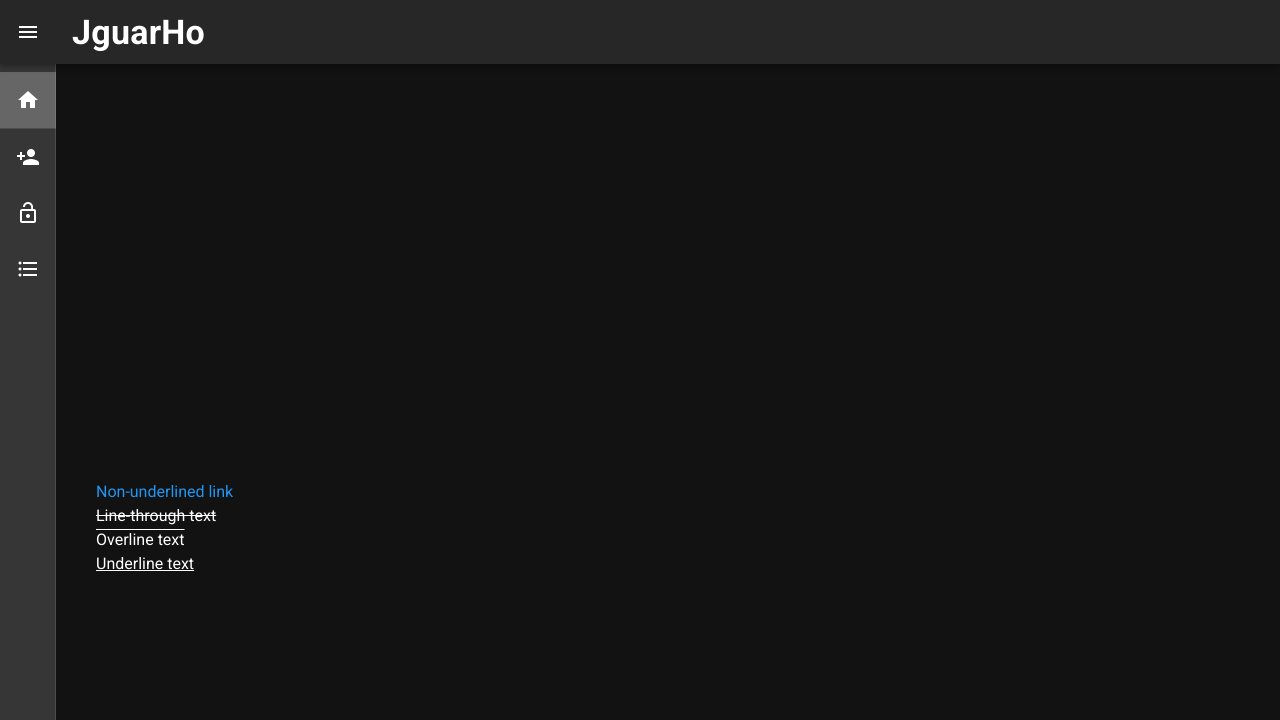
Repository: agent501/MRMS
Page: /
These files come from the project's save history. The page is drawn as it stood at one moment and after the next save; the edit follows.
The browser window is 1280 px wide. The pictures show the whole page.
The page's requests for data from a server got no answer. The project was rebuilt for these pictures with package versions that can differ from the ones it lists, and the page was loaded fresh each time. No one was signed in, and anything a server would have sent is missing. Also part of the build but not shown: vue.config.js, src/components/Product/products.vue, src/components/Product/product.vue, src/components/Product/createproduct.vue, src/components/User/signin.vue, src/components/User/signup.vue, src/components/User/profile.vue, src/components/Shared/Alert.vue and 2 more. Imported but missing from the stored project, and not drawn on this page: src/router/auth-guard.js.

Above is the page before, as saved 2020-07-29 16:25:39.

### src/main.js
import Vue from 'vue';
import App from './App.vue';
import router from './router';
import { store } from './store';
import alert from './components/Shared/Alert.vue';
import vuetify from './plugins/vuetify';
import { fb } from './components/firebase/firebase.js';
import * as firebase from 'firebase';
import editproductdiaglog from './components/Product/Edit/editproductdialog.vue';
import editprogressbar from './components/Product/Edit/editprogressbar.vue';

Vue.component('app-alert', alert);
Vue.component('app-edit-product', editproductdiaglog);
Vue.component('app-edit-progress', editprogressbar);

Vue.config.productionTip = false;

new Vue({
  router,
  store,
  vuetify,
  render: (h) => h(App),
  created() {
    fb;
    firebase.auth().onAuthStateChanged((user) => {
      if (user) {
        this.$store.dispatch('autosignin', user);
      }
    });
    this.$store.dispatch('loadProducts');
  },
}).$mount('#app');

### src/App.vue
<template>
  <v-app>
    <v-navigation-drawer v-model="drawer" :mini-variant.sync="mini" app clipped dense permanent>
      <v-list>
        <v-list-item to="/">
          <v-list-item-icon>
            <v-icon medium>home</v-icon>
          </v-list-item-icon>

          <v-list-item-content>
            <v-list-item-title>Home</v-list-item-title>
          </v-list-item-content>
        </v-list-item>

        <v-divider></v-divider>
        <v-list-item v-for="item in menuItems" :key="item.title" router :to="item.link">
          <v-list-item-icon>
            <v-icon medium>{{ item.icon }}</v-icon>
          </v-list-item-icon>

          <v-list-item-content>
            <v-list-item-title>{{ item.text }}</v-list-item-title>
          </v-list-item-content>
        </v-list-item>
        <v-list-item v-if="userIsAuthenticated || adminIsAuthenticated" @click="onLogout">
          <v-list-item-icon>
            <v-icon>exit_to_app</v-icon>
          </v-list-item-icon>
          <v-list-item-content>Logout</v-list-item-content>
        </v-list-item>
      </v-list>
    </v-navigation-drawer>

    <v-app-bar app clipped-left>
      <v-app-bar-nav-icon @click.stop="mini=!mini"></v-app-bar-nav-icon>
      <v-toolbar-title class="font-weight-bold display-1">
        <router-link to="/" tag="span" style="cursor:pointer">JguarHo</router-link>
      </v-toolbar-title>
    </v-app-bar>

    <!-- Page Content -->
    <v-content>
      <router-view></router-view>
    </v-content>

    <!-- <v-footer>
      <span>JguarHo &copy; Copyright Reserved</span>
    </v-footer>-->
  </v-app>
</template>

<script>
// import HelloWorld from './components/HelloWorld';

export default {
  name: 'App',

  components: {
    // HelloWorld,
  },
  props: {
    source: String
  },
  data: () => ({
    mini: true,
    drawer: true
    // items: [
    //   { icon: 'lock_open', text: 'Sign In', link: '/signin' },
    //   { icon: 'home', text: 'Home', link: '/' },
    //   { icon: 'list', text: 'All Products', link: '/products' },
    //   { icon: 'help_outline', text: 'About Us', link: '' }
    // ]
  }),
  computed: {
    menuItems() {
      let items = [
        { icon: 'person_add', text: 'Sign Up', link: '/signup' },
        { icon: 'lock_open', text: 'Sign In', link: '/signin' },

        {
          icon: 'format_list_bulleted',
          text: 'All Products',
          link: '/products'
        }
        // { icon: 'person', text: 'About Us', link: '' }
      ];
      if (this.adminIsAuthenticated) {
        items = [
          {
            icon: 'create_new_folder',
            text: 'Create Product',
            link: '/createproduct'
          },
          {
            icon: 'format_list_bulleted',
            text: 'All Products',
            link: '/products'
          },
          {
            icon: 'person',
            text: 'Profile',
            link: '/profile/' + this.adminIsAuthenticated.id
          }
        ];
      } else if (this.userIsAuthenticated) {
        items = [
          {
            icon: 'format_list_bulleted',
            text: 'All Products',
            link: '/products'
          },
          {
            icon: 'person',
            text: 'Profile',
            link: '/profile/' + this.userIsAuthenticated.id
          }
        ];
      }
      return items;
    },
    adminIsAuthenticated() {
      return (
        this.$store.getters.user !== null &&
        this.$store.getters.user !== undefined &&
        this.$store.getters.user.id === 'ktQMfIIbLQRTlySJDVzU9JbCF293' &&
        this.$store.getters.user
      );
    },
    userIsAuthenticated() {
      return (
        this.$store.getters.user !== null &&
        this.$store.getters.user !== undefined &&
        this.$store.getters.user
      );
    }
  },
  created() {
    this.$vuetify.theme.dark = true;
  },
  methods: {
    onLogout() {
      this.$store.dispatch('logout');
      this.$router.push('/');
    }
  }
};
</script>

### src/router/index.js
import Vue from 'vue';
import VueRouter from 'vue-router';
import home from '../components/Home.vue';
import products from '../components/Product/products.vue';
import product from '../components/Product/product.vue';
import createproduct from '../components/Product/createproduct.vue';
import signin from '../components/User/signin.vue';
import signup from '../components/User/signup.vue';
import profile from '../components/User/profile.vue';
import AuthGuard from '../router/auth-guard.js';

Vue.use(VueRouter);

export default new VueRouter({
  mode: 'history',
  routes: [
    { path: '/', name: 'home', component: home },
    { path: '/products', name: 'products', component: products },
    {
      path: '/createproduct',
      name: 'createproduct',
      component: createproduct,
      beforeEnter: AuthGuard,
    },
    { path: '/signin', name: 'signin', component: signin },
    { path: '/signup', name: 'signup', component: signup },
    {
      path: '/profile/:id',
      name: 'profile',
      component: profile,
      beforeEnter: AuthGuard,
    },
    {
      path: '/products/:id',
      name: 'product',
      props: true,
      component: product,
    },
  ],
});

### src/store/index.js
import Vue from 'vue';
import Vuex from 'vuex';

import product from './product';
import user from './user';
import shared from './shared';

Vue.use(Vuex);

export const store = new Vuex.Store({
  modules: {
    product: product,
    user: user,
    shared: shared,
  },
});

### src/plugins/vuetify.js
import Vue from 'vue';
import Vuetify from 'vuetify/lib';
import '@mdi/font/css/materialdesignicons.css'; //
import 'material-design-icons-iconfont/dist/material-design-icons.css';

Vue.use(Vuetify);

export default new Vuetify({
  icons: {
    iconfont: 'mdi',
  },
});

### src/components/firebase/firebase.js
import firebase from 'firebase/app';
import 'firebase/firestore';
import 'firebase/storage';

var firebaseConfig = {
  apiKey: 'AIzaSyBJdvJyA-ac-dO3JYy-4WKY7wIkma-Y1fI',
  authDomain: 'mrms-2ae69.firebaseapp.com',
  databaseURL: 'https://mrms-2ae69.firebaseio.com',
  projectId: 'mrms-2ae69',
  storageBucket: 'mrms-2ae69.appspot.com',
  messagingSenderId: '287673096935',
  appId: '1:287673096935:web:7f7f75dea0b5657353e042',
  measurementId: 'G-EKPLN37GXX',
};

export const fb = firebase.initializeApp(firebaseConfig);

### src/components/Home.vue
<template>
  <div class="mx-10" style="max-width:1800px">
    <v-layout>
      <v-flex xs12 class="text-xs-center" v-if="!loading">
        <v-progress-circular
          indeterminate
          class="primary--text"
          :width="7"
          :size="70"
          v-if="loading"
        ></v-progress-circular>
      </v-flex>
    </v-layout>

    <v-carousel
      cycle
      class="mt-4"
      height="400"
      hide-delimiters
      show-arrows-on-hover
      width="100%"
      style="cursor:pointer"
    >
      <v-carousel-item
        v-for="product in products"
        :key="product.id"
        @click="onLoadProduct(product.id)"
      >
        <div class="text-right">
          <span class="title">{{ product.name }}</span>
        </div>
        <img :src="product.featureimage" style="height: 100%; width: 100%; object-fit: contain" />
      </v-carousel-item>
    </v-carousel>

    <div>
      <a href="#" class="text-decoration-none">Non-underlined link</a>

      <div class="text-decoration-line-through">Line-through text</div>

      <div class="text-decoration-overline">Overline text</div>

      <div class="text-decoration-underline">Underline text</div>
    </div>
  </div>
</template>

<script>
export default {
  // data: () => ({
  //   images: [
  //     {
  //       src: 'https://cdn.vuetifyjs.com/images/carousel/squirrel.jpg',
  //       title: 'image1asdasdasdsadasdasdsadasdasd',
  //       id: 'asdad123'
  //     },
  //     {
  //       src: 'https://cdn.vuetifyjs.com/images/carousel/sky.jpg',
  //       title: 'image2',
  //       id: 'asdasd1223'
  //     },
  //     {
  //       src: 'https://cdn.vuetifyjs.com/images/carousel/bird.jpg',
  //       title: 'image3',
  //       id: 'asdad13223'
  //     },
  //     {
  //       src: 'https://cdn.vuetifyjs.com/images/carousel/planet.jpg',
  //       title: 'image4',
  //       id: 'asdaasd1123'
  //     }
  //   ]
  // }),
  computed: {
    products() {
      return this.$store.getters.featuredProducts;
    },
    loading() {
      return this.$store.getters.loading;
    },
  },
  methods: {
    onLoadProduct(id) {
      this.$router.push('/products/' + id);
    },
  },
};
</script>

<style scoped>
.title {
  background-color: rgba(235, 235, 235, 0.897);
  color: black;

  padding: 10px 30px;
}
</style>

### src/store/product/index.js
import * as firebase from 'firebase';

export default {
  state: {
    loadedProducts: [],
  },
  mutations: {
    createProduct(state, payload) {
      state.loadedProducts.push(payload);
    },
    setLoadedProducts(state, payload) {
      state.loadedProducts = payload;
    },
    updateProduct(state, payload) {
      const product = state.loadedProducts.find((product) => {
        return product.id === payload.id;
      });
      if (payload.name) {
        product.name = payload.name;
      }
      if (payload.description) {
        product.description = payload.description;
      }
      if (payload.earningperunit) {
        product.earningperunit = payload.earningperunit;
      }
      if (payload.investmentperunit) {
        product.investmentperunit = payload.investmentperunit;
      }
    },
    updateProgress(state, payload) {
      const product = state.loadedProducts.find((product) => {
        return product.id === payload.id;
      });
      if (payload.productprogressbar) {
        product.productprogressbar = payload.productprogressbar;
      }
    },
    deleteProduct(state, payload) {
      const registeredProducts = state.loadedProducts;
      registeredProducts.splice(
        registeredProducts.findIndex((product) => product.id === payload),
        1
      );
      // Reflect.deleteProperty(state.user.fbKeys,payload)
    },
  },
  actions: {
    loadProducts({ commit }) {
      commit('setLoading', true);
      firebase
        .database()
        .ref('products')
        .once('value')
        .then((data) => {
          const products = [];
          const obj = data.val();
          for (let key in obj) {
            products.push({
              id: key,
              name: obj[key].name,
              description: obj[key].description,
              investmentperunit: obj[key].investmentperunit,
              earningperunit: obj[key].earningperunit,
              creatorId: obj[key].creatorId,
              productimage: obj[key].productimage,
              productprogressbar: obj[key].productprogressbar,
              featureimage: obj[key].productimage[0],
            });
          }
          commit('setLoadedProducts', products);
          commit('setLoading', false);
        })
        .catch((error) => {
          console.log(error);
          commit('setLoading', true);
        });
    },
    deleteProduct({ commit }, payload) {
      const productId = payload;
      console.log(productId);
      firebase
        .database()
        .ref('products')
        .child(productId)
        .remove()
        .then(function () {
          // File deleted successfully

          console.log('success');
        })
        .catch(function (error) {
          // Uh-oh, an error occurred!
          console.log(error);
        });
      commit('deleteProduct', payload);
    },
    createProduct({ commit, getters }, payload) {
      const product = {
        name: payload.name,
        description: payload.description,
        investmentperunit: payload.investmentperunit,
        earningperunit: payload.earningperunit,
        productimage: payload.productimage,
        productprogressbar: payload.productprogressbar,
        creatorId: getters.user.id,
      };
      let key;
      firebase
        .database()
        .ref('products')
        .push(product)
        .then((data) => {
          //specific product id
          key = data.key;
          commit('createProduct', { ...product, id: key });
          // return key
        });
    },
    updateproductdata({ commit }, payload) {
      commit('loading', true);
      const updateObj = {};
      if (payload.name) {
        updateObj.name = payload.name;
      }
      if (payload.desscription) {
        updateObj.description = payload.desscription;
      }
      if (payload.earningperunit) {
        updateObj.earningperunit = payload.earningperunit;
      }
      if (payload.investmentperunit) {
        updateObj.investmentperunit = payload.investmentperunit;
      }
      firebase
        .database()
        .ref('products')
        .child(payload.id)
        .update(updateObj)
        .then(() => {
          commit('setLoading', false);
          commit('updateProduct', payload);
        })
        .catch((error) => {
          console.log(error);
          commit('setLoading', false);
        });
    },
    updateprogressdata({ commit }, payload) {
      commit('loading', true);
      const updateObj = {};
      if (payload.productprogressbar) {
        updateObj.productprogressbar = payload.productprogressbar;
      }

      firebase
        .database()
        .ref('products')
        .child(payload.id)
        .update(updateObj)
        .then(() => {
          commit('setLoading', false);
          commit('updateProgress', payload);
        })
        .catch((error) => {
          console.log(error);
          commit('setLoading', false);
        });
    },
  },
  getters: {
    loadedProducts(state) {
      return state.loadedProducts.sort((productA, productB) => {
        return productA.date > productB.date;
      });
    },
    featuredProducts(state, getters) {
      return getters.loadedProducts.slice(0, 5);
    },
    loadedProduct(state) {
      return (productId) => {
        return state.loadedProducts.find((product) => {
          return product.id === productId;
        });
      };
    },
  },
  modules: {},
};

### src/store/user/index.js
import * as firebase from 'firebase';

export default {
  state: {
    user: null,
    profile: [],
  },
  mutations: {
    setUser(state, payload) {
      state.user = payload;
    },
    setLoadedProfile(state, payload) {
      state.profile = payload;
    },
    updateProfile(state, payload) {
      const profile = state.profile;

      if (payload.name) {
        profile.name = payload.name;
      }
      if (payload.email) {
        profile.email = payload.email;
      }
      if (payload.icnumber) {
        profile.icnumber = payload.icnumber;
      }
      if (payload.phonenumber) {
        profile.phonenumber = payload.phonenumber;
      }
      if (payload.ssmimage) {
        profile.ssmimage = payload.ssmimage;
      }
    },
  },
  actions: {
    signUp({ commit }, payload) {
      // perform the mutation set loading because no matter user success sign up or not it will always display loading
      commit('setLoading', true);
      commit('clearError');
      firebase
        .auth()
        // passing the email and password fetch from the signup page and send to the firebasenpm
        .createUserWithEmailAndPassword(payload.email, payload.password)
        //if success, get the unique id from the firebase and set it on the format that is same as state
        .then((response) => {
          // set loading in the state back to false because is already succeed
          commit('setLoading', false);

          const newUser = {
            userid: response.user.uid,
            registeredProducts: [],
            fbKeys: {},
            email: payload.email,
            phonenumber: payload.phonenumber,
            icnumber: payload.icnumber,
            name: payload.name,
            ssmimage: payload.image,
          };
          let key;
          firebase
            .database()
            .ref('profiles')
            .push(newUser)
            .then((data) => {
              //specific product id
              key = data.userid;
              commit('createProfile', { ...newUser, id: key });
              // return key
            });

          commit('setUser', newUser);
        })
        // if got error
        .catch((error) => {
          // set loading in the state back to false because there's a error occur
          commit('setLoading', false);
          // perform the mutation of setError to display the error
          commit('setError', error);
          console.log(error);
        });
    },
    logIn({ commit }, payload) {
      // perform the mutation set loading because no matter user success sign in or not it will always display loading
      commit('setLoading', true);
      commit('clearError');
      firebase
        .auth()
        // sending the user email and password to the firebase for matchmaking in order to login
        .signInWithEmailAndPassword(payload.email, payload.password)
        .then((response) => {
          // set loading in the state back to false because is already succeed
          commit('setLoading', false);

          const newUser = {
            id: response.user.uid,
            registeredProducts: [],
            fbKeys: {},
          };

          firebase
            .database()
            .ref('profiles')
            .orderByChild('userid')
            .equalTo(newUser.id)
            .once('value')
            .then((data) => {
              const profile = [];
              const obj = data.val();
              for (let key in obj) {
                profile.push({
                  id: key,
                  name: obj[key].name,
                  email: obj[key].email,
                  icnumber: obj[key].icnumber,
                  phonenumber: obj[key].phonenumber,
                  userid: obj[key].userid,
                  ssmimage: obj[key].ssmimage,
                });
              }
              console.log(profile);
              commit('setLoadedProfile', profile);

              commit('setLoading', false);
            })
            .catch((error) => {
              console.log(error);
              commit('setLoading', true);
            });

          commit('setUser', newUser);
        }) // if got error
        .catch((error) => {
          // set loading in the state back to false because there's a error occur
          commit('setLoading', false);
          // perform the mutation of setError to display the error
          commit('setError', error);
          console.log(error);
        });
    },
    autosignin({ commit }, payload) {
      commit('setUser', { id: payload.uid, registeredProducts: [] });
    },
    logout({ commit }) {
      firebase.auth().signOut();
      commit('setUser', null);
    },
    updatePassword(payload) {
      var user = firebase.auth().currentUser;
      var updatepassword = payload.newpassword;
      var credential = firebase.auth.EmailAuthProvider.credential(
        payload.email,
        payload.currentpassword
      );

      user
        .reauthenticate(credential)
        .then(() => {
          user
            .updatePassword(updatepassword)
            .then(() => {
              this.dialog = true;
              console.log('update complete');
              if (this.dialog === false) {
                this.$router.push('/');
              }
            })
            .catch((error) => {
              console.log(error);
            });
        })
        .catch((error) => {
          console.log(error);
        });
    },
    updateProfileData({ commit }, payload) {
      commit('loading', true);
      const updateObj = {};
      if (payload.name) {
        updateObj.name = payload.name;
      }
      if (payload.email) {
        updateObj.email = payload.email;
      }
      if (payload.icnumber) {
        updateObj.icnumber = payload.icnumber;
      }
      if (payload.phonenumber) {
        updateObj.phonenumber = payload.phonenumber;
      }
      if (payload.ssmimage) {
        updateObj.ssmimage = payload.ssmimage;
      }
      firebase
        .database()
        .ref('profiles')
        .child(payload.id)
        .update(updateObj)
        .then(() => {
          commit('setLoading', false);
          commit('updateProfile', payload);
        })
        .catch((error) => {
          console.log(error);
          commit('setLoading', false);
        });
    },
  },
  getters: {
    user(state) {
      return state.user;
    },
  },
};

### src/store/shared/index.js
export default {
  state: {
    loading: false,
    error: null,
  },
  mutations: {
    setLoading(state, payload) {
      state.loading = payload;
    },
    // change the of status error in state
    setError(state, payload) {
      state.error = payload;
    },
    // change the status of error back to null
    clearError(state) {
      state.error = null;
    },
  },
  actions: {
    clearError({ commit }) {
      commit('clearError');
    },
  },
  getters: {
    error(state) {
      return state.error;
    },
    loading(state) {
      return state.loading;
    },
  },
};

Loaded but not shown: public/index.html (common file)

After the next save:
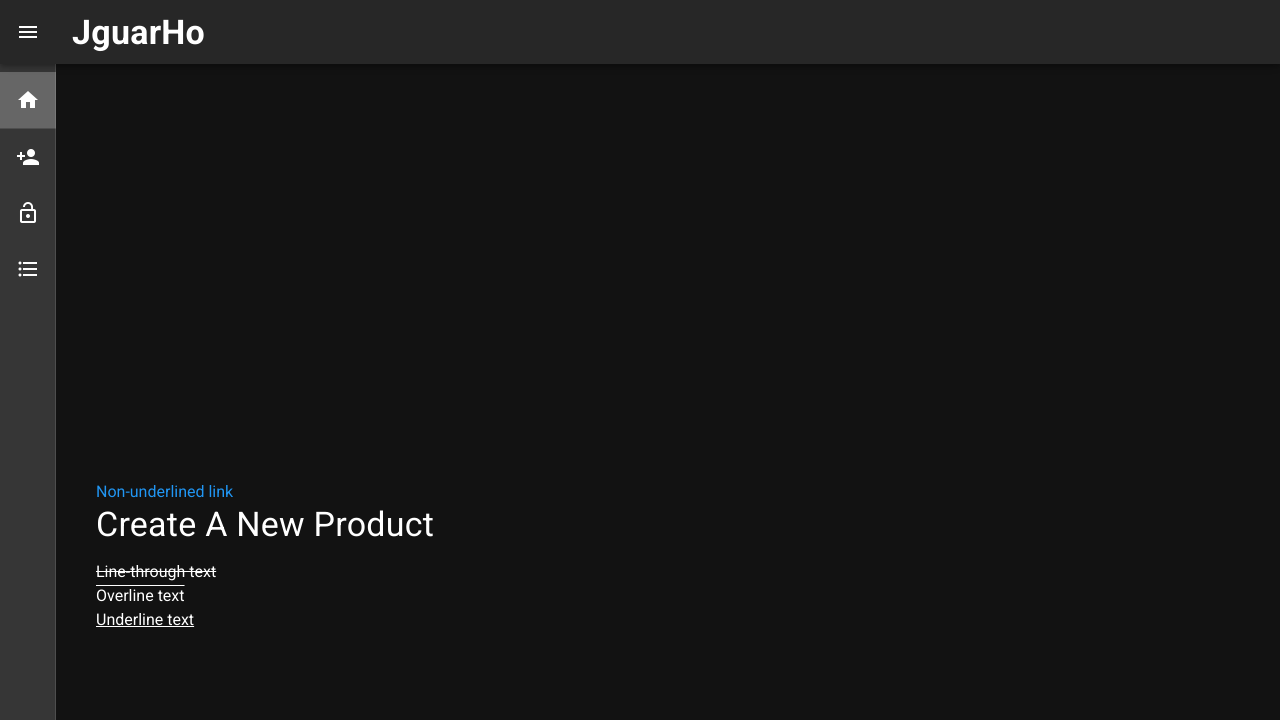
Saved 33 s later.
--- a/src/components/Home.vue
+++ b/src/components/Home.vue
@@ -35,7 +35,7 @@
 
     <div>
       <a href="#" class="text-decoration-none">Non-underlined link</a>
-
+      <p class="display-1 text-capitalize">create a new product</p>
       <div class="text-decoration-line-through">Line-through text</div>
 
       <div class="text-decoration-overline">Overline text</div>
